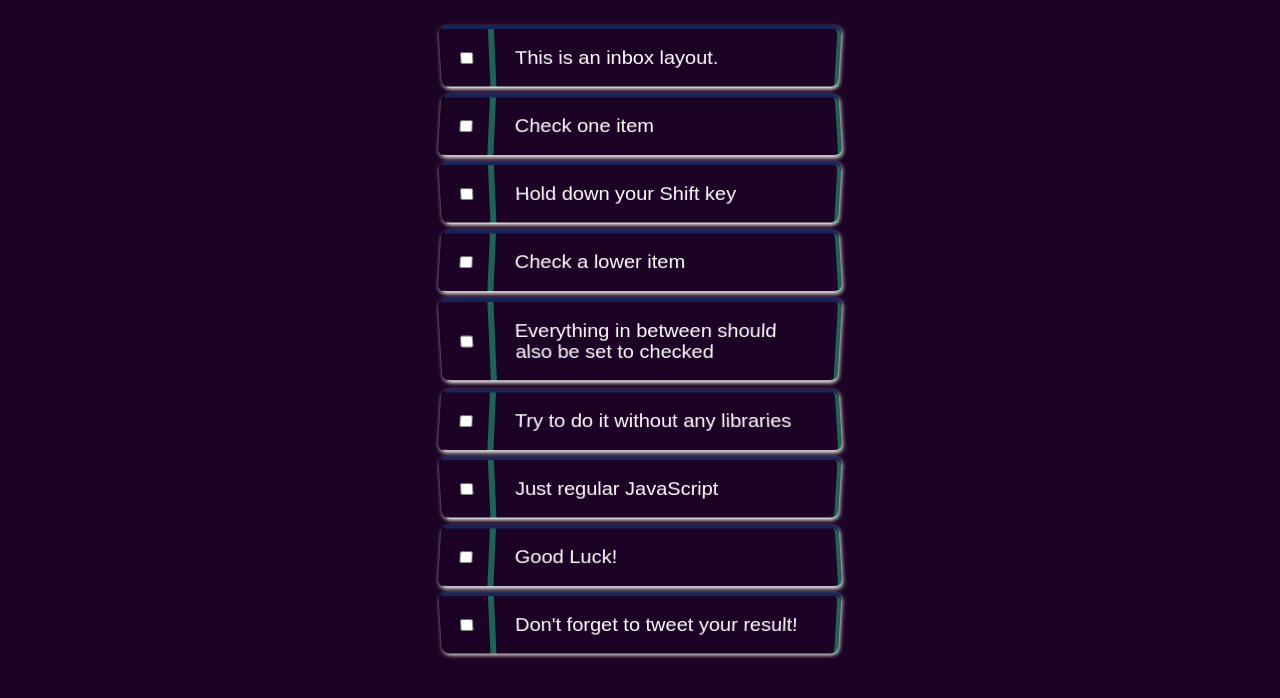
Repository: Freezler/Shift-Select-Checkboxes
Page: index.html
These files come from the project's save history. The page is drawn as it stood at one moment and after the next save; the edit follows.
The browser window is 1280 px wide. The pictures show the whole page.

Above is the page before, as saved 2024-09-07 22:59:05.

### index.html
<!DOCTYPE html>
<html lang="en">

<head>
  <meta charset="UTF-8">
  <title>Hold Shift to Check Multiple Checkboxes</title>
  <link rel="icon" href="https://fav.farm/🔥" />
</head>

<body>
  <style>
    :root {
      --background-color: rgb(28, 2, 37);
      --border-color: hsla(292, 94%, 6%, 0.8);

    }

    html {
      font-family: sans-serif;
      font-weight: 500;
      background: var(--background-color);
      user-select: none;
    }




    .inbox {
      max-width: 400px;
      margin: 20px auto;
      gap: 0px;
      border-radius: 5px;
      display: flex;
      flex-direction: column;
      background: var(--background-color);
    }

    .item {
      display: flex;
      transition: all 0.3s ease-in-out;
      border-inline-start: 4px solid var(--border-color);
      ;
      border-block-start: 4px solid rgba(0, 149, 255, 0.239);
      box-shadow: 1px 2px 4px rgba(244, 249, 232, 0.947);
      border-bottom: 1px solid #F1F1F1;
      color: white;
      border-radius: 8px;
    }

    .item:last-child {
      border-bottom: 0;
    }



    input[type="checkbox"] {
      margin: 16px;

    }

    input:checked+p {
      background: #a30404ce;
      text-decoration: line-through;
      color: cornsilk;
      border-inline: 2px solid #7c0529ef;
      transition: all 0.9s ease-in-out;
      border-radius: 99px;
      margin-inline: 2px;


    }



    .inbox .item:nth-child(even) {
      transform: perspective(1500px) rotateX(24deg) translateY(3px) scale(1.001);

    }

    .inbox .item:nth-child(odd) {
      transform: perspective(1500px) rotateX(-24deg) translateY(3px);

    }

    .item:nth-child(odd):hover {
      transform: perspective(400px) rotateX(24deg) translateY(3px);

    }

    .item:nth-child(even):hover {
      transform: perspective(400px) rotateX(24deg) translateY(3px);

    }

    .item:nth-child(even) {
      transform: perspective(1500px) rotateX(-24deg) translateY(3px);

    }

    p {
      margin: 0;
      padding: 20px;
      transition: background 0.6s;
      flex: 1;

      font-size: 20px;
      font-weight: 200;
      border-inline: 6px solid #23cc9178;
      border-inline-end: 4px solid #23cc9178;
      border-start-end-radius: 6px;
    }
  </style>
  <!--  The following is a common layout you would see in an email client.
        When a user clicks a checkbox, holds Shift, and then clicks another checkbox a few rows down, all the checkboxes in between those two checkboxes should be checked.

  -->
  <div class="inbox">
    <div class="item">
      <input type="checkbox">
      <p>This is an inbox layout.</p>
    </div>
    <div class="item">
      <input type="checkbox">
      <p>Check one item</p>
    </div>
    <div class="item">
      <input type="checkbox">
      <p>Hold down your Shift key</p>
    </div>
    <div class="item">
      <input type="checkbox">
      <p>Check a lower item</p>
    </div>
    <div class="item">
      <input type="checkbox">
      <p>Everything in between should also be set to checked</p>
    </div>
    <div class="item">
      <input type="checkbox">
      <p>Try to do it without any libraries</p>
    </div>
    <div class="item">
      <input type="checkbox">
      <p>Just regular JavaScript</p>
    </div>
    <div class="item">
      <input type="checkbox">
      <p>Good Luck!</p>
    </div>
    <div class="item">
      <input type="checkbox">
      <p>Don't forget to tweet your result!</p>
    </div>
  </div>

  <script>
    const checkboxes = document.querySelectorAll('.inbox input[type="checkbox"]');

    checkboxes.forEach(checkbox => checkbox.addEventListener('click', handleCheck))

    let lastChecked;

    function handleCheck(e) {
      // check for shift-press && checked
      let inBetween = false;
      // loop over every single checkbox
      if (e.shiftKey && this.checked) {
        checkboxes.forEach(checkbox => {
          if (checkbox === this || checkbox === lastChecked) {
            inBetween = !inBetween
          }
          if (inBetween) {
            checkbox.checked = true
          }
        })
      }

      if (e.shiftKey && this.checked) {
        console.log("haha it's clicked with shift down AND checked!")
      }
      if (e.shiftKey && !this.checked) {
        console.log("haha it's clicked with shift down but not checked!")
      }
      lastChecked = this;
    }

  </script>
</body>

</html>

After the next save:
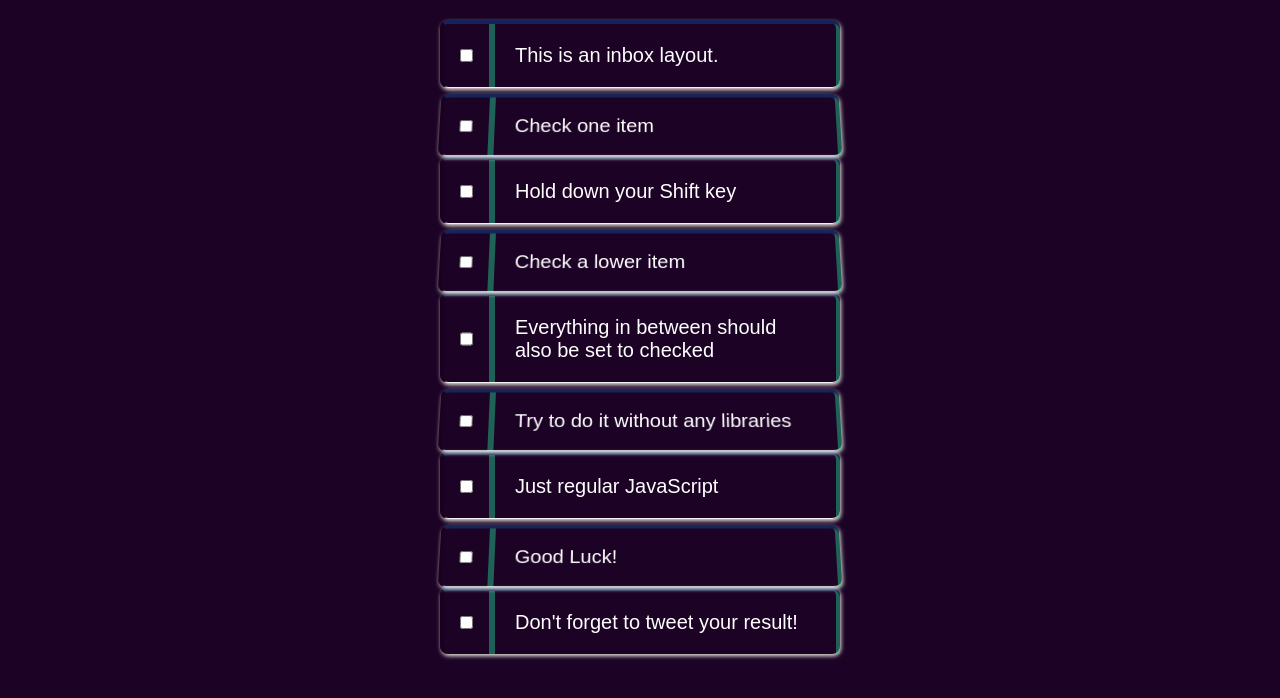
Saved 33 s later.
--- a/index.html
+++ b/index.html
@@ -78,7 +78,7 @@
     }
 
     .inbox .item:nth-child(odd) {
-      transform: perspective(1500px) rotateX(-24deg) translateY(3px);
+      transform: perspective(1500px) rotateX(-24deg) translateY (3px) scale(1.001);
 
     }
 
